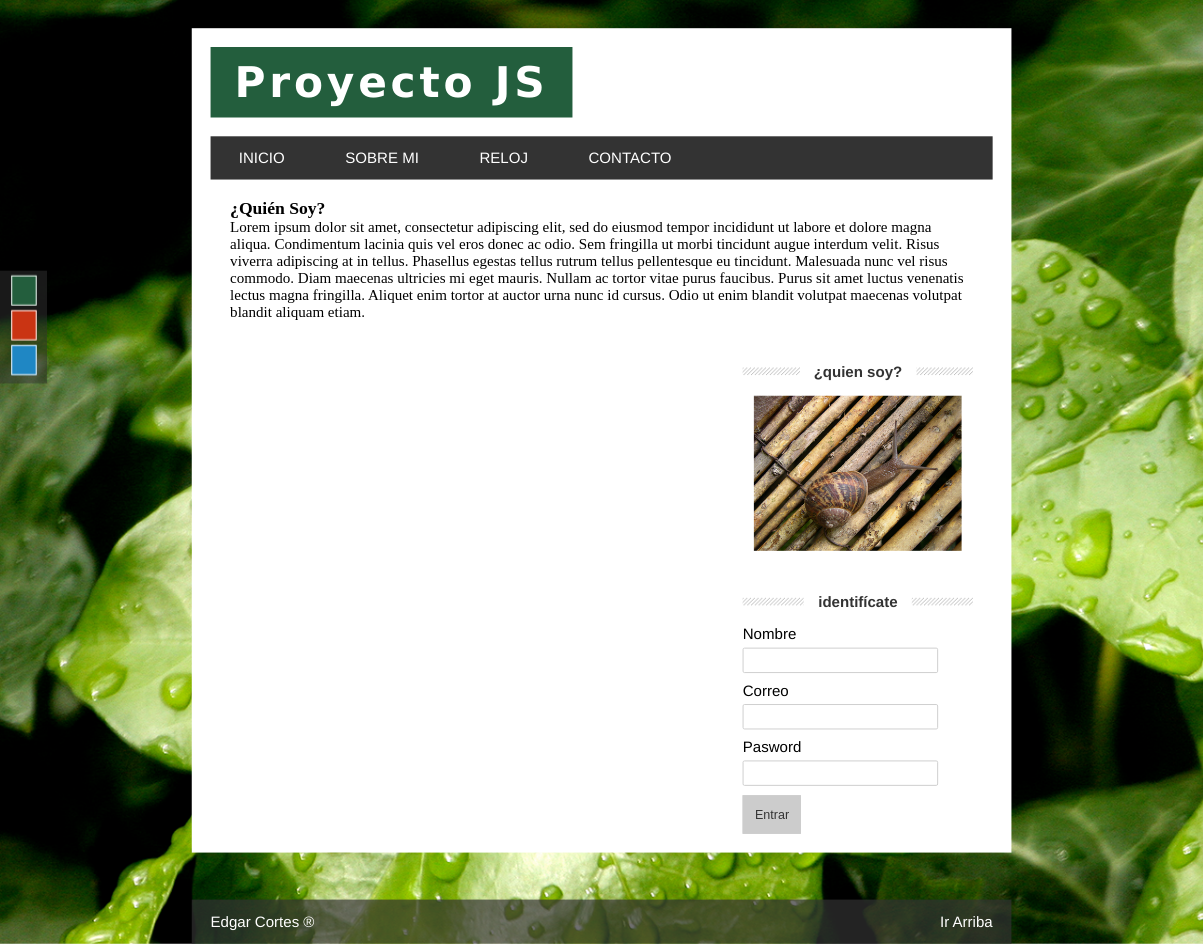
Repository: eucortes/demopage
Page: javascript/Proyecto/About.html
These files come from the project's save history. The page is drawn as it stood at one moment and after the next save; the edit follows.
The browser window is 1280 px wide. The pictures show the whole page, at 94% of full size.
Backgrounds fixed to the window are drawn as part of the page. Some web libraries are served in a nearby version.

Above is the page before, as saved 2019-09-24 18:05:50.
Console error: TypeError: $(...).acordeon is not a function

After the next save:
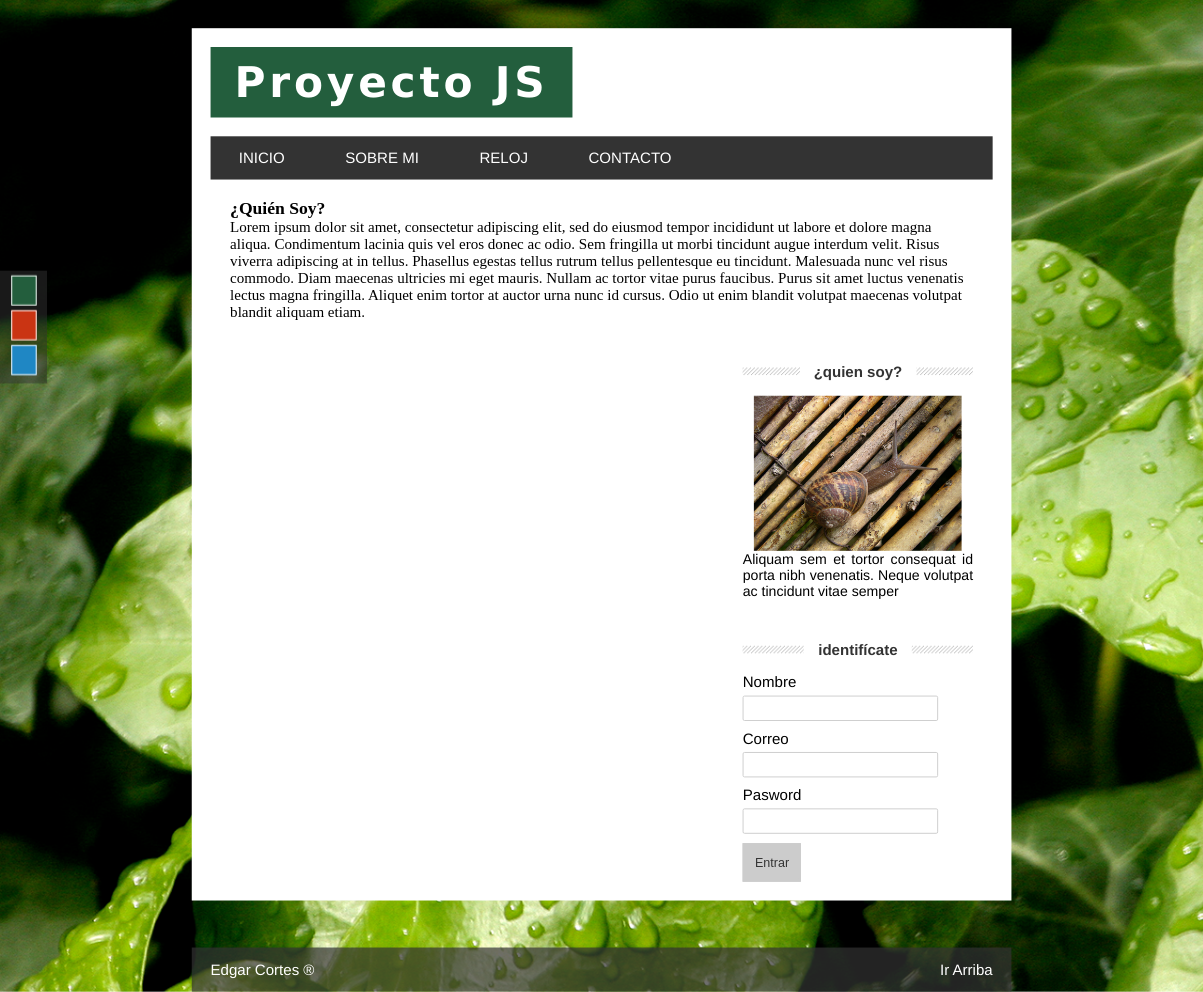
Console error: ReferenceError: ActualizaLogin is not defined
Saved 5 min 24 s later.
--- a/javascript/Proyecto/js/about.js
+++ b/javascript/Proyecto/js/about.js
@@ -47,14 +47,14 @@ $(document).ready(function () {
 
         }
     }
-    actualizalogin()
+    ActualizaLogin()
 
     $("#logout").click(function (e) {
         e.preventDefault();
         localStorage.removeItem("form_name")
         //  location.reload
-        actualizalogin()
+        ActualizaLogin()
         return false;
     })
-    $('acordeon').acordeon();
+    $('#acordeon').acordeon();
 })

After the save that followed:
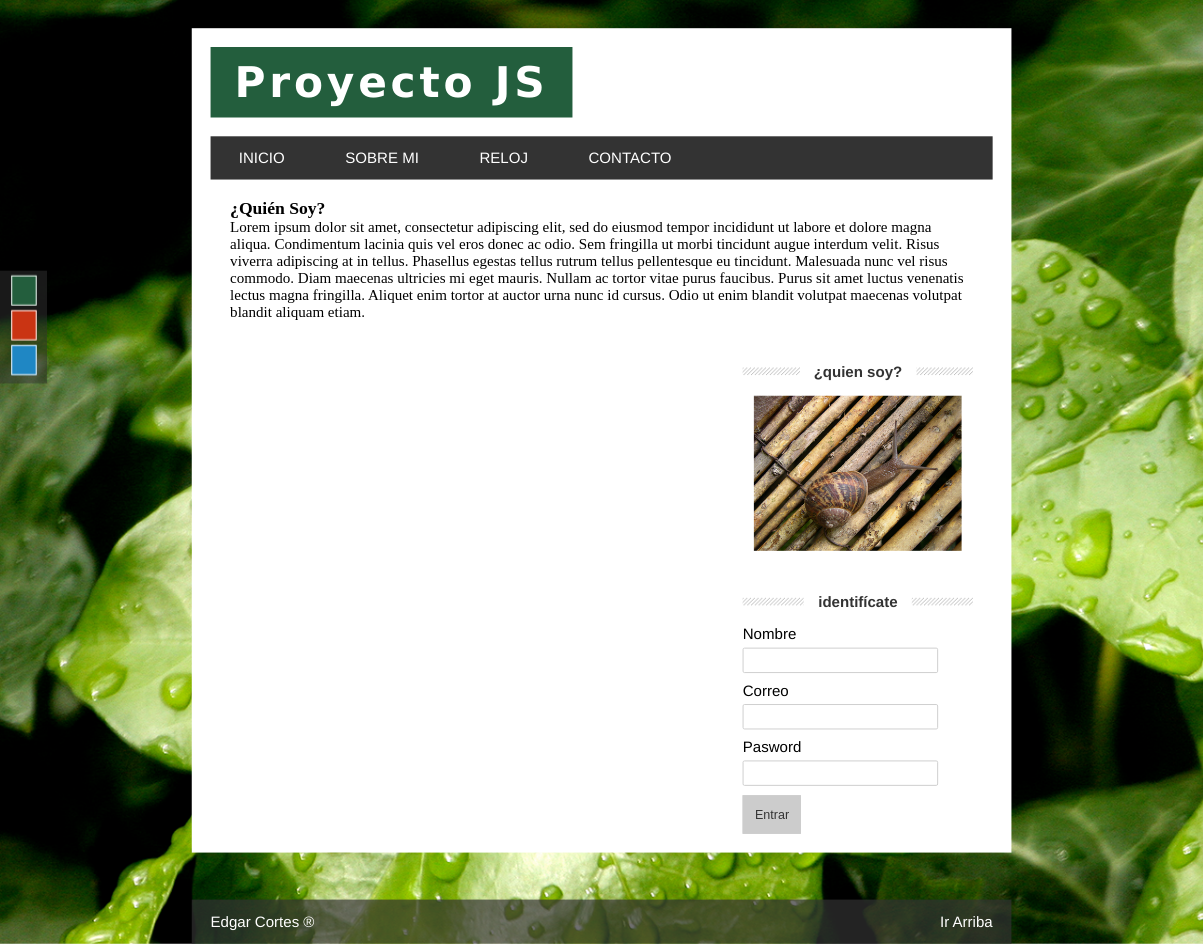
Console error: TypeError: $(...).acordeon is not a function
Saved 41 s later.
--- a/javascript/Proyecto/js/about.js
+++ b/javascript/Proyecto/js/about.js
@@ -33,7 +33,7 @@ $(document).ready(function () {
     })
 
 
-    function actualizalogin() {
+    function ActualizaLogin() {
         let form_name = localStorage.getItem("form_name")
         if (form_name != null && form_name != undefined) {
             let about_parrafo = $("#about p")
